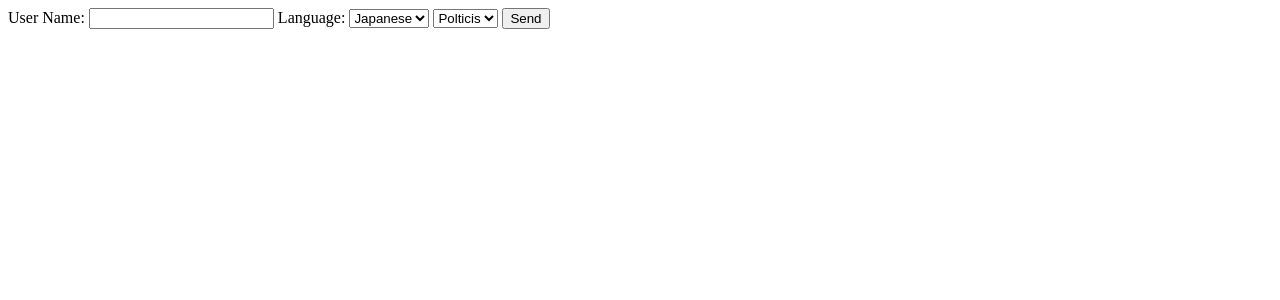
Repository: jayjaganathan/mysolutions
Page: http://localhost/QA_Pro/
The author's editor kept a copy of each file at every save. The page is drawn from the files as they stood at one save, then again after the next save.
The browser window is 1280 px wide. The pictures show the whole page.
The page is served by Tomcat 9. Other server files are loaded and not shown.

Above is the page before, as saved 2015-03-15 23:21:21.

### workspace/eclipse/QA_Pro/WebContent/index.jsp
<%@ page language="java" contentType="text/html; charset=UTF-8"
    pageEncoding="ISO-8859-1"%>
<!DOCTYPE html PUBLIC "-//W3C//DTD HTML 4.01 Transitional//EN" "http://www.w3.org/TR/html4/loose.dtd">
<html>
<head>
<meta http-equiv="Content-Type" content="text/html; charset=UTF-8">
<title>Insert title here</title>
</head>
<body>
    <form method="post" action="RegisterMember">
    	User Name: <input type="text"  name="name"/>
    	Language: <select size="1" name="language">
    		<option>Japanese</option>
    		<option>Tamil</option>
    		<option>English</option>
    	</select>
    	<select mulitple="true" name="topics">
    	<option>Polticis</option>
    		<option>Local</option>
    		<option>Culture</option>
    	</select>
    	<input type="Submit" value="Send"></input>
    </form>
</body>
</html>

After the next save:
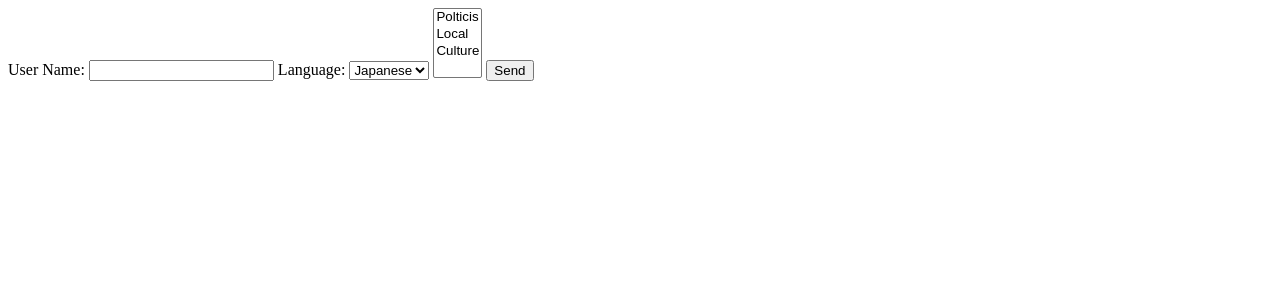
Saved 119 s later.
--- a/workspace/eclipse/QA_Pro/WebContent/index.jsp
+++ b/workspace/eclipse/QA_Pro/WebContent/index.jsp
@@ -14,8 +14,9 @@
     		<option>Tamil</option>
     		<option>English</option>
     	</select>
-    	<select mulitple="true" name="topics">
-    	<option>Polticis</option>
+
+    	<select     name="topics" multiple="multiple">
+    		<option>Polticis</option>
     		<option>Local</option>
     		<option>Culture</option>
     	</select>
